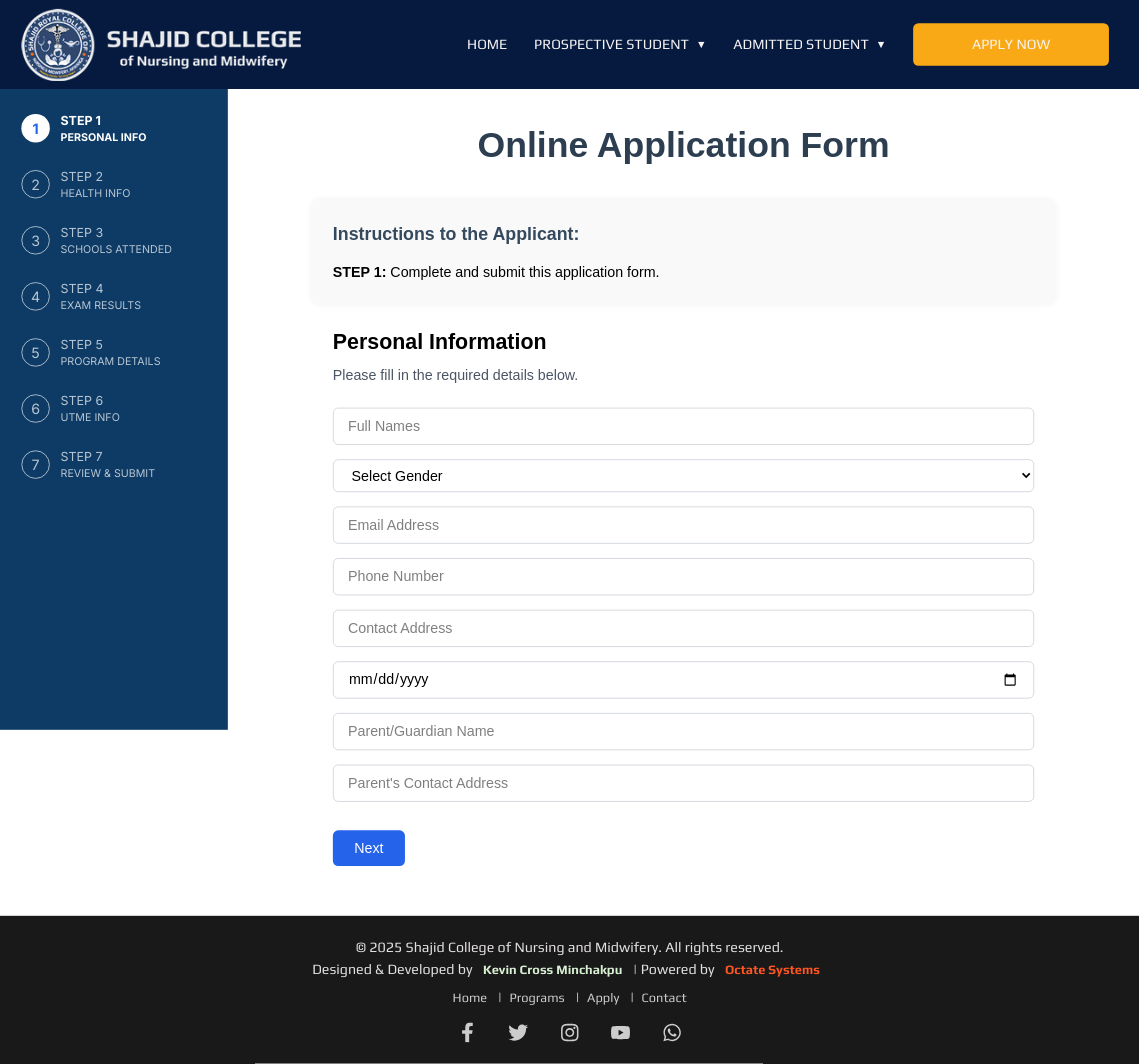
Repository: GlorifiedIntel/shajid-sms
Page: /apply
An editor plug-in stored every save of this project. The page is shown before and after the next save, followed by the edit.
The browser window is 1280 px wide. The pictures show the whole page, at 89% of full size.
The project was rebuilt for these pictures with package versions that can differ from the ones it lists, and the page was loaded fresh each time. The framework's server and built-in components were replaced by stand-ins that run in the browser. Also part of the build but not shown: next.config.mjs, src/components/steps/HealthInfo.module.css, src/components/steps/HealthInfo.jsx, src/components/steps/SchoolsAttended.module.css, src/components/steps/SchoolsAttended.jsx, src/constants/subjects.js, src/components/steps/ExamResults.module.css, src/components/steps/ExamResults.jsx and 7 more.

Above is the page before, as saved 2025-07-04 16:37:44.

After the next save:
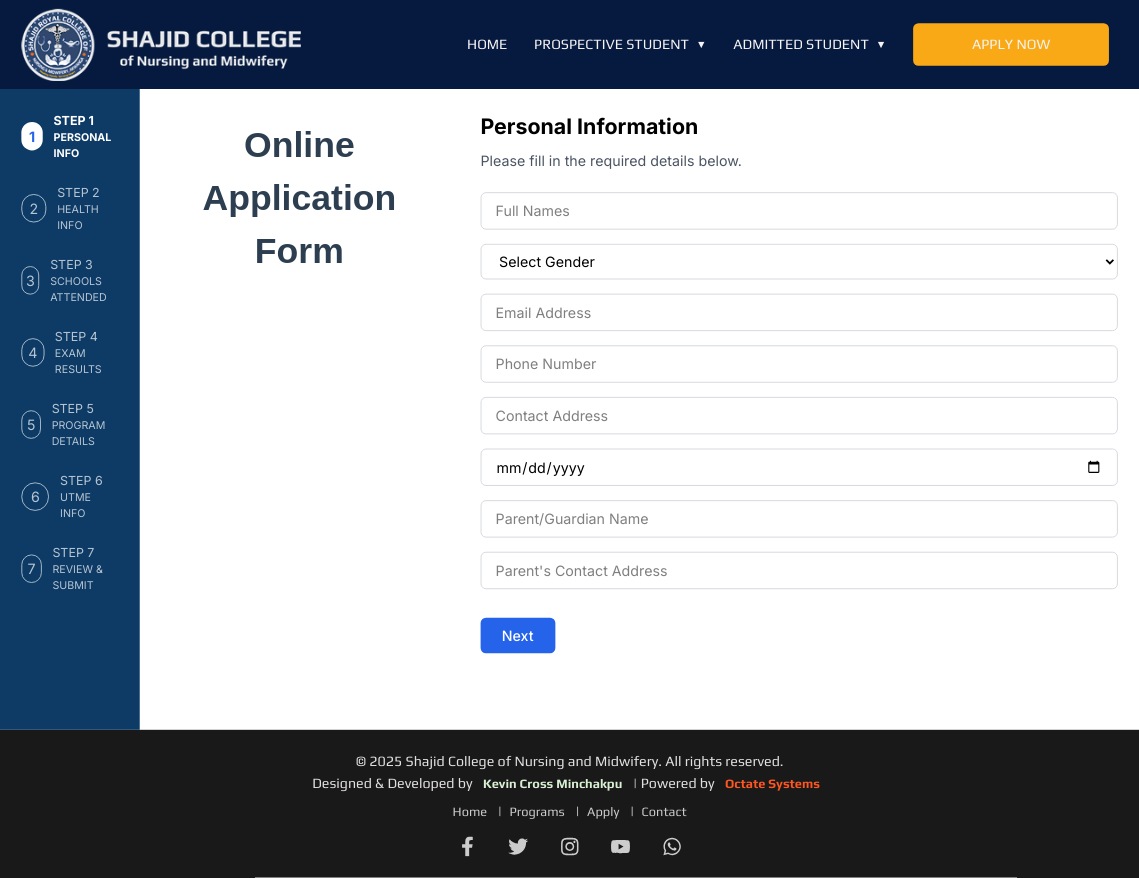
Saved 59 s later.
--- a/src/app/apply/page.jsx
+++ b/src/app/apply/page.jsx
@@ -42,15 +42,11 @@ export default function ApplyPage() {
         <Sidebar />
         <div className={styles.applicationContainer}>
           <h1 className={styles.pageTitle}>Online Application Form</h1>
-
-          <div className={styles.instructions}>
-            <h2 className={styles.instructionsHeading}>Instructions to the Applicant:</h2>
-            <strong>STEP 1:</strong> Complete and submit this application form.
           </div>
 
           <StepRenderer />
         </div>
-      </div>
+
     </FormProvider>
   );
 }
